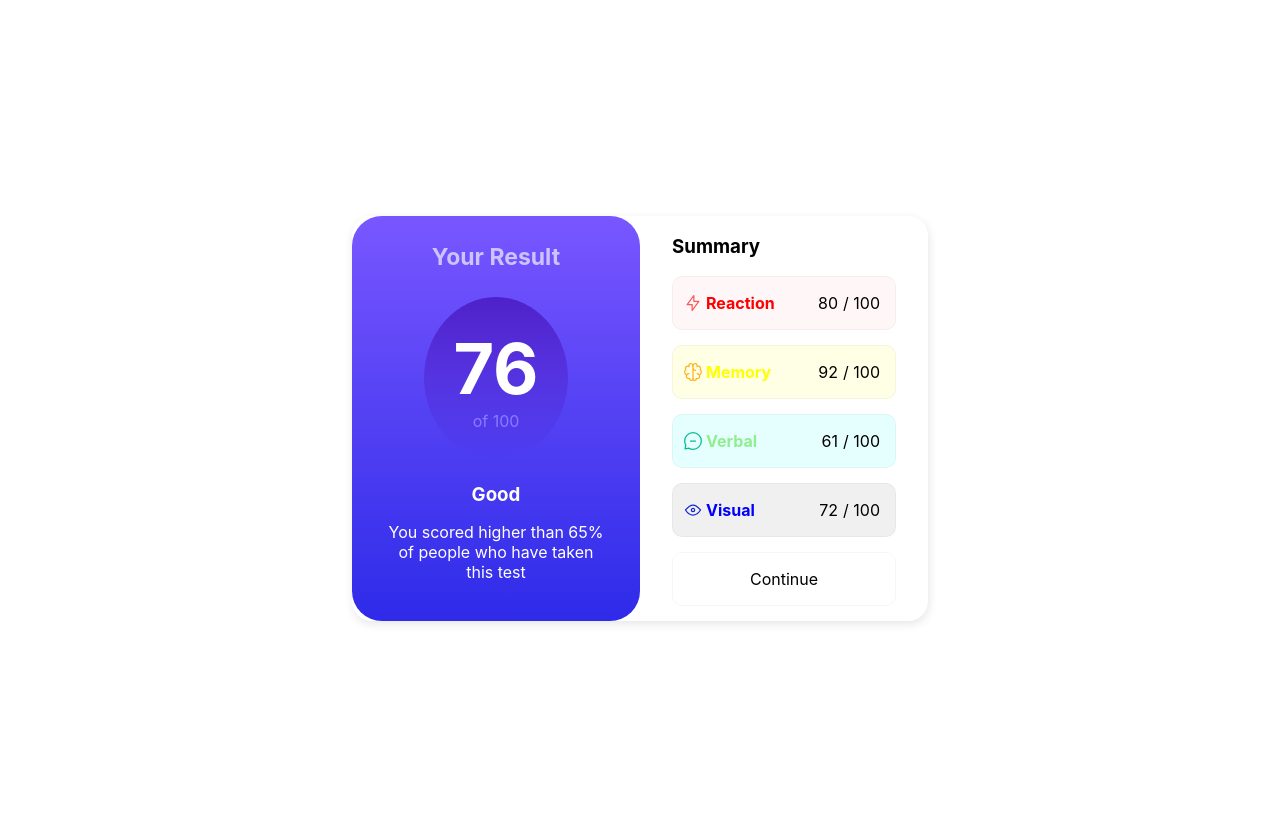
Repository: JeanPaulBassil/Result-Summary-Design
Page: /
An editor plug-in stored every save of this project. The page is shown before and after the next save, followed by the edit.
The browser window is 1280 px wide. The pictures show the whole page.
The project was rebuilt for these pictures with package versions that can differ from the ones it lists, and the page was loaded fresh each time.

Above is the page before, as saved 2023-02-24 18:19:49.

After the next save:
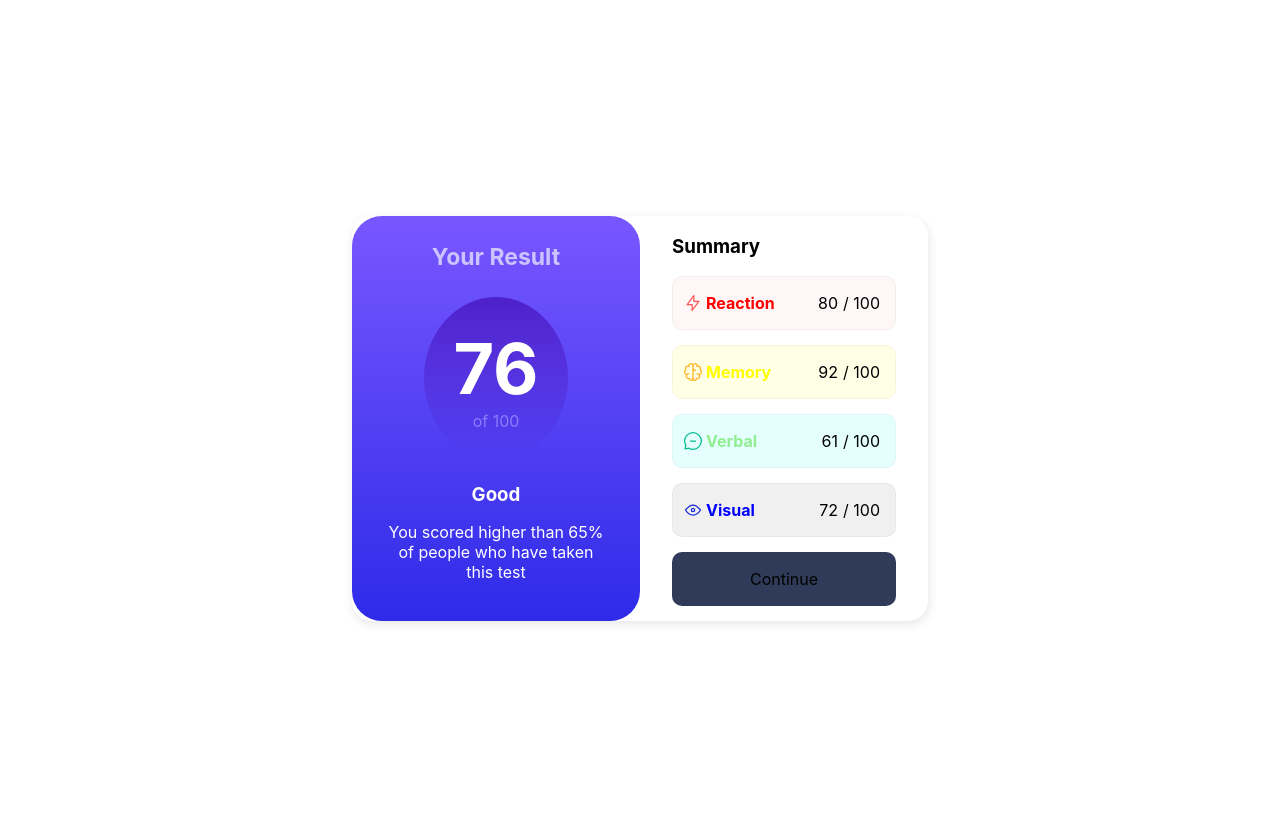
Saved 20 s later.
--- a/src/Components/Summary/Summary.css
+++ b/src/Components/Summary/Summary.css
@@ -14,6 +14,7 @@
     margin-bottom: 15px;
     border-radius: 10px;
     padding: 0 10px;
+    background-color: #303b59;
 
 }
 
